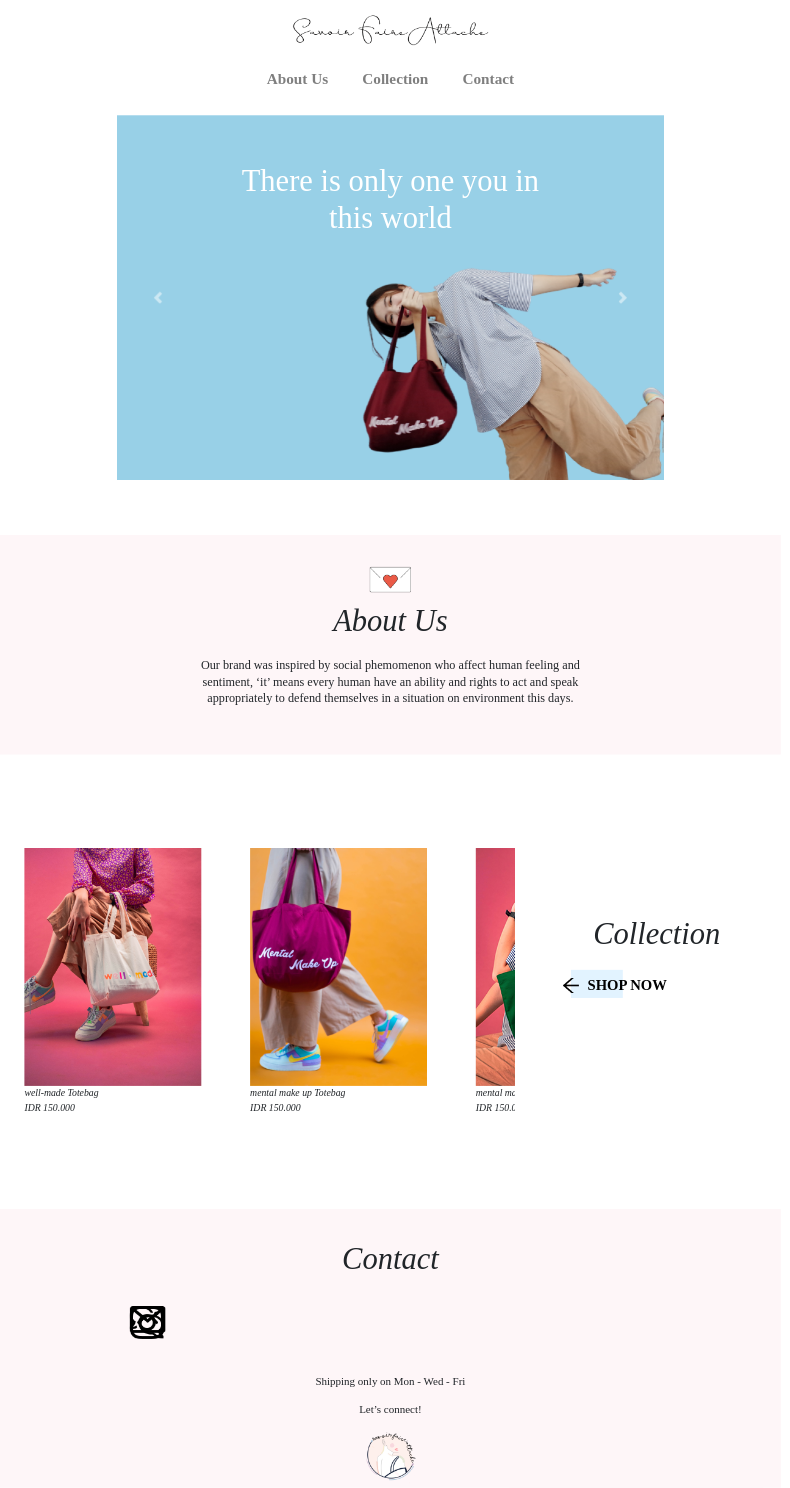
Repository: bismowibi/savoir
Page: index.html
These files come from the project's save history. The page is drawn as it stood at one moment and after a run of saves; the edit follows.
The browser window is 1280 px wide. The page is 1295 px wide, so the pictures cover 1295 px, including what lies to the right of the window. The pictures show the whole page, at 61% of full size.
Some web fonts or font styles are not loaded; a fallback is used. Some web libraries are served in a nearby version.

Above is the page before, as saved 2020-04-06 22:33:16.

After the next 2 saves:
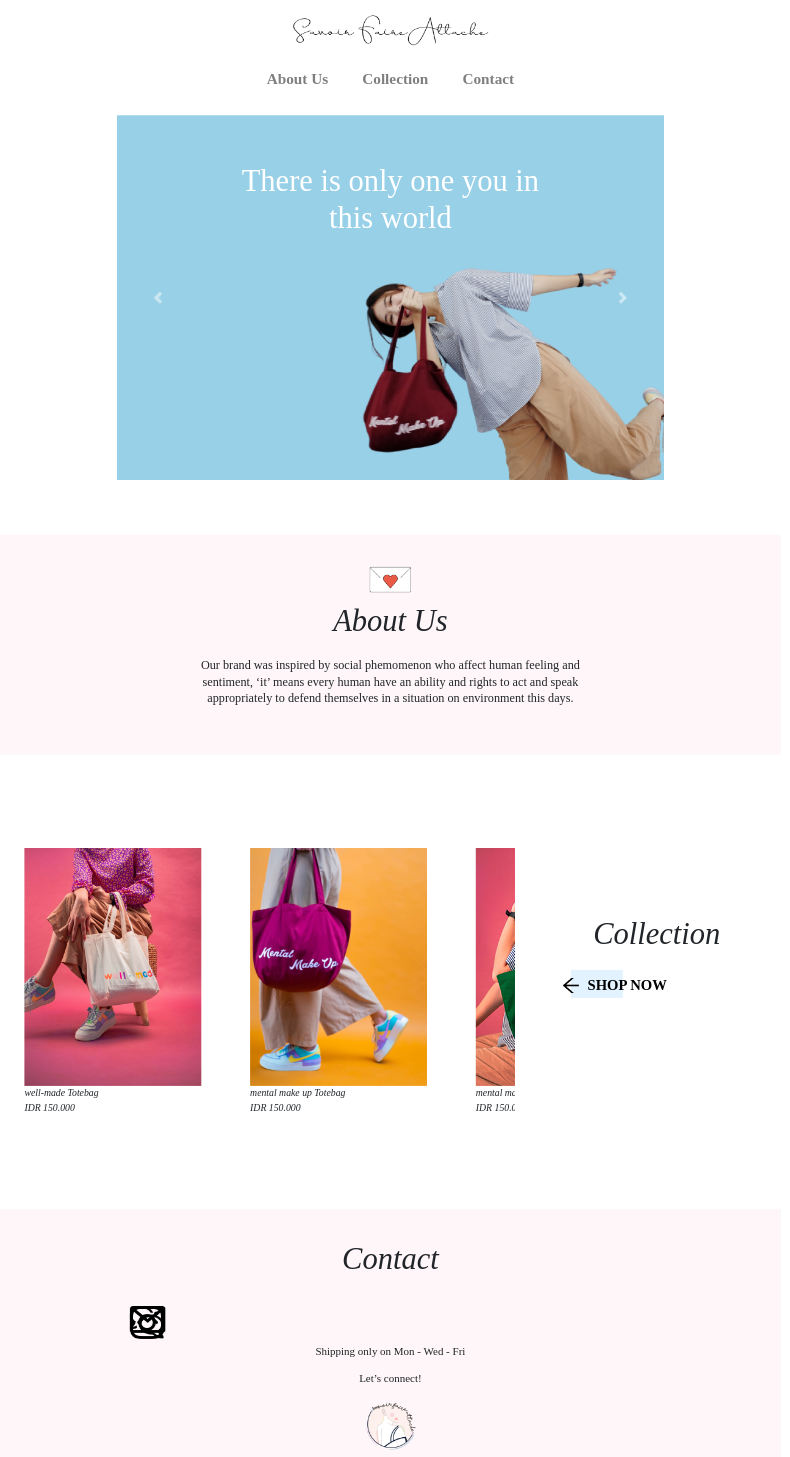
The 2 saves are shown as one change because they came seconds apart.
The last was saved 7 s later.
--- a/index.html
+++ b/index.html
@@ -194,7 +194,7 @@
        <a href="https://linktr.ee/savoirfaire_attache" class="mail-img">
         <img src="Photos/mail-icon-1.png" alt="">
       </a>
-        <p>team@savoirfa.com</p>
+
       </div>
       <div class="col-sm-12 shipping">
         <h6> Shipping only on Mon - Wed - Fri <br> Let’s connect!</h6>
